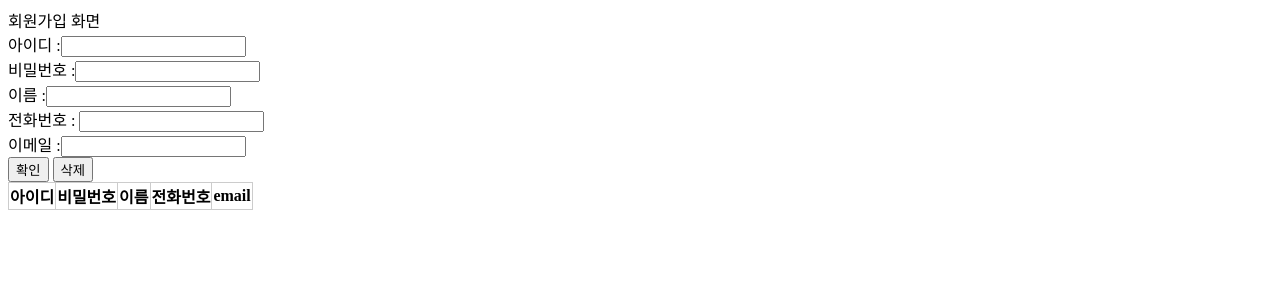
Repository: kdh2212/KDT_code
Page: http://localhost/20250801Web/memberSearch2.jsp
An editor plug-in stored every save of this project. The page is shown before and after the next save, followed by the edit.
The browser window is 1280 px wide. The pictures show the whole page.
The page is served by Tomcat 9. Other server files are loaded and not shown. Queries for data that is not in the repository find no rows.

Above is the page before, as saved 2025-08-01 07:14:38.

### 20250801Web/src/main/webapp/memberSearch2.jsp
<%@ page language="java" contentType="text/html; charset=UTF-8"
    pageEncoding="UTF-8"%>
<%@ page import="java.sql.*, javax.sql.*" %>
<!DOCTYPE html>
<html>
<head>
<meta charset="UTF-8">
<title>Insert title here</title>
</head>
<body>
<form>
회원가입 화면<br/>
아이디	:<input type="text" name="member_id"/><br/>
비밀번호	:<input type="text" name="member_pw" /><br/>
이름		:<input type="text" name="member_name" /><br/>
전화번호	: <input type="text" name="member_number" /><br/>
 이메일	:<input type="text" name="member_email" /><br/>
<input type="submit" value="확인"/>
<input type="submit" value="삭제"/>
</form>

<%
String member_id = request.getParameter("member_id");
String member_pw = request.getParameter("member_pw");
String member_name = request.getParameter("member_name");
String member_number = request.getParameter("member_number");
String member_email = request.getParameter("member_email");
String sql = "";

Connection conn = null;
Statement stmt = null;
ResultSet rs = null;
try {
    Class.forName("com.mysql.cj.jdbc.Driver");
    conn = DriverManager.getConnection("jdbc:mysql://localhost:3305/Member", "root", "1234");
    stmt = conn.createStatement();
    if("".equals(member_id) || member_id == null){

    } else {
    	sql = String.format("insert into member_0801(member_id,member_pw,member_name,member_number,member_email) values('%s','%s','%s','%s','%s')" , member_id , member_pw , member_name , member_number, member_email);
    	stmt.executeUpdate(sql);
    }


    rs = stmt.executeQuery("SELECT * FROM member_0801");
%>
<style type = "text/css">
table, th, td{
	border:1px solid #ccc;
	border-collapse:collapse;
}
th, td { padding:10px,20px;}
</style>
<table>
<tr>
<th>아이디</th><th>비밀번호</th><th>이름</th><th>전화번호</th><th>email</th>
</tr>
<%
    while (rs.next()) {
%>
<tr>
<td><%=rs.getString("member_id") %></td>
<td><%=rs.getString("member_pw") %></td>
<td><%=rs.getString("member_name") %></td>
<td><%=rs.getString("member_number") %></td>
<td><%=rs.getString("member_email") %></td>
</tr>
<%
    }
} catch (SQLException e) {
    out.println("데이터베이스 오류: " + e.getMessage());
} catch (ClassNotFoundException e) {
    out.println("드라이버를 찾을 수 없습니다: " + e.getMessage());
} finally {
    try {
        if (rs != null) rs.close();
        if (stmt != null) stmt.close();
        if (conn != null) conn.close();
    } catch (SQLException e) {
        out.println("리소스를 닫는 도중 오류 발생: " + e.getMessage());
    }
}

%>

</table>
</body>
</html>

After the next save:
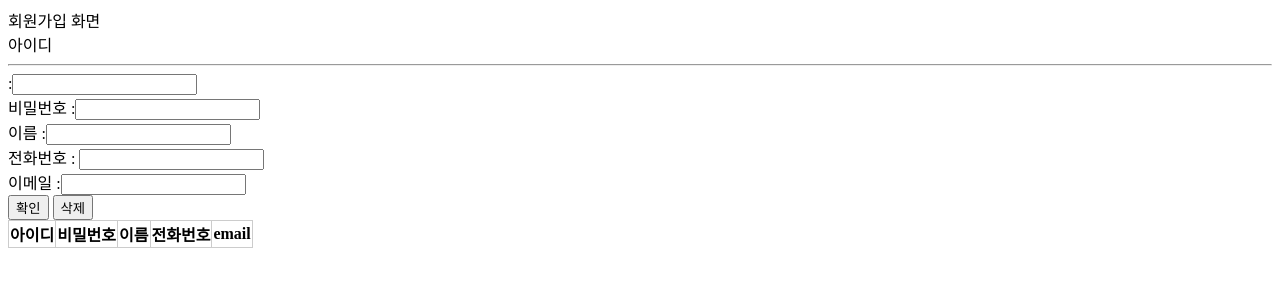
Saved 17 s later.
--- a/20250801Web/src/main/webapp/memberSearch2.jsp
+++ b/20250801Web/src/main/webapp/memberSearch2.jsp
@@ -10,7 +10,7 @@
 <body>
 <form>
 회원가입 화면<br/>
-아이디	:<input type="text" name="member_id"/><br/>
+아이디	<hr>:<input type="text" name="member_id"/><br/>
 비밀번호	:<input type="text" name="member_pw" /><br/>
 이름		:<input type="text" name="member_name" /><br/>
 전화번호	: <input type="text" name="member_number" /><br/>

After the save that followed:
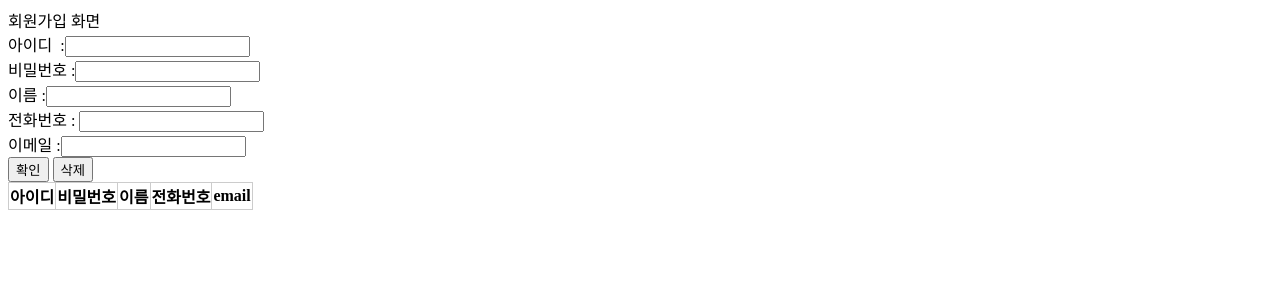
Saved 41 s later.
--- a/20250801Web/src/main/webapp/memberSearch2.jsp
+++ b/20250801Web/src/main/webapp/memberSearch2.jsp
@@ -10,7 +10,7 @@
 <body>
 <form>
 회원가입 화면<br/>
-아이디	<hr>:<input type="text" name="member_id"/><br/>
+아이디	&nbsp:<input type="text" name="member_id"/><br/>
 비밀번호	:<input type="text" name="member_pw" /><br/>
 이름		:<input type="text" name="member_name" /><br/>
 전화번호	: <input type="text" name="member_number" /><br/>
